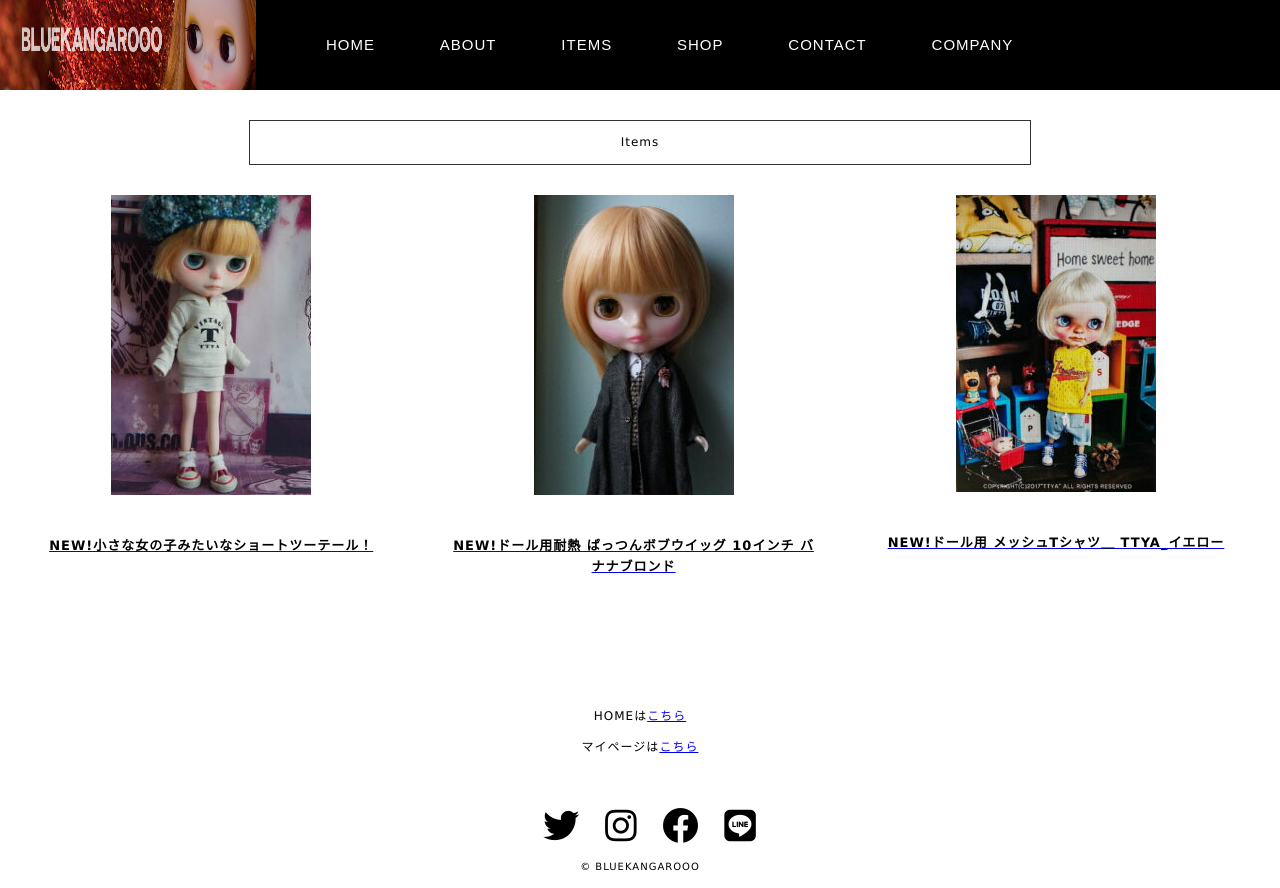
Repository: xiezom/test
Page: http://localhost/ecsite/items.jsp
These files come from the project's save history. The page is drawn as it stood at one moment and after the next save; the edit follows.
The browser window is 1280 px wide. The pictures show the whole page.
Some web libraries are served in a nearby version. The page is served by Tomcat 9.

Above is the page before, as saved 2019-03-22 07:33:59.

After the next save:
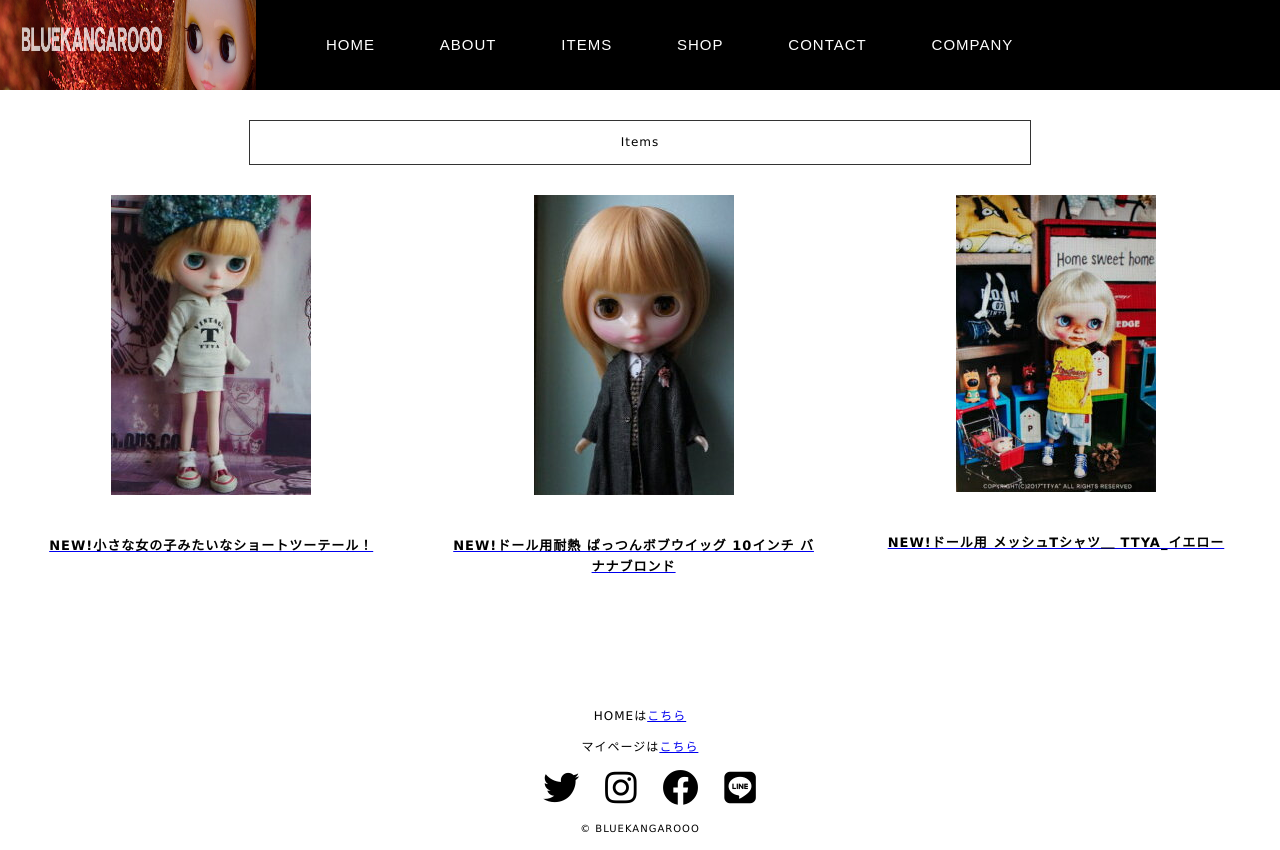
Saved 48 s later.
--- a/ecsite/WebContent/css/items_style.css
+++ b/ecsite/WebContent/css/items_style.css
@@ -75,7 +75,6 @@
 		}
 
 		.footer {
-			margin-top: 50px;
 			width:100%;
 			height: 80px;
 			clear: both;
